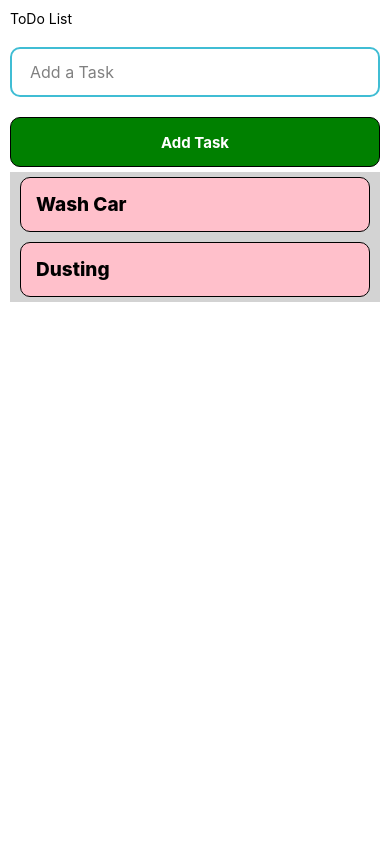
Repository: raisingh22/Projects
Screen: /
An editor plug-in stored every save of this project. The screen is shown before and after a run of saves, followed by the edit.
The app was drawn by React Native's web renderer in a window 390 px wide. The project was rebuilt for these pictures with package versions that can differ from the ones it lists, and the page was loaded fresh each time.

Above is the screen before, as saved 2024-01-21 19:19:49.

After the next 7 saves:
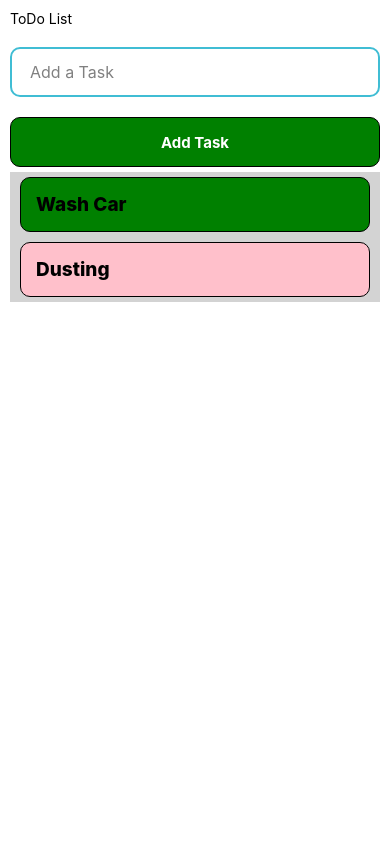
The 7 saves are shown as one change because 1 did not build or start and some came seconds apart.
The last was saved 26 s later.
--- a/src/ToDoList/screens/ToDo.js
+++ b/src/ToDoList/screens/ToDo.js
@@ -42,7 +42,7 @@ const ToDo = () => {
               flexDirection: 'row',
               justifyContent: 'space-between',
               alignItems: 'center',
-              backgroundColor: 'pink',
+              backgroundColor:  index % 2 === 0 ? 'green' :  'pink',
               padding: 15,
               borderWidth: 1,
               marginVertical: 5,
@@ -53,9 +53,7 @@ const ToDo = () => {
                 fontWeight:'800',
                 fontSize:19
             }}>{item.name}</Text>
-            <Text>
 
-            </Text>
           </View>
         )}
       />
